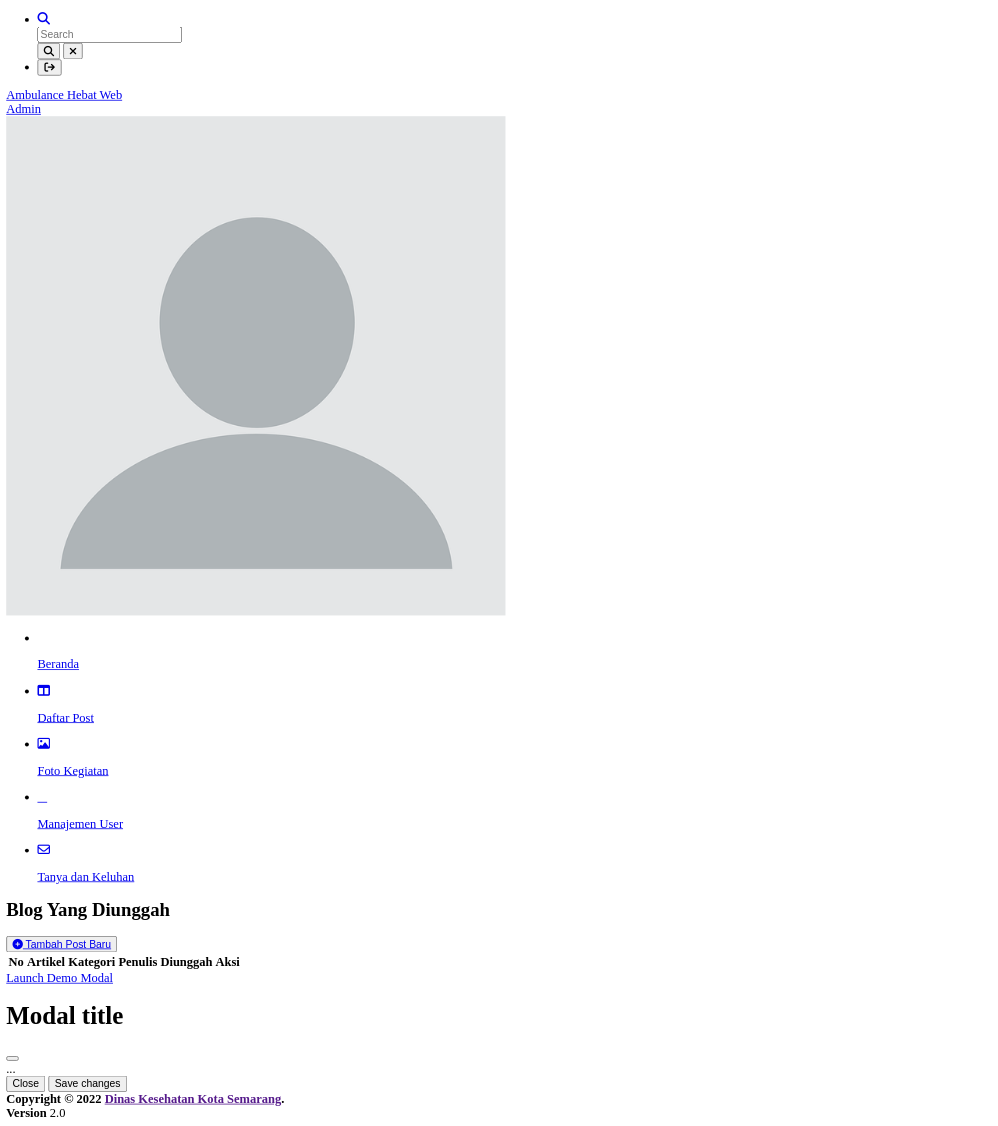
Repository: roningrum/admin-aha
Page: resources/views/dashboard/post/posts.blade.php
The author's editor kept a copy of each file at every save. The page is drawn from the files as they stood at one save, then again after the next save.
The browser window is 1280 px wide. The pictures show the whole page, at 78% of full size.
Some icons come from a web library that is not loaded, so they are not drawn. Some web fonts or font styles are not loaded; a fallback is used. Some web libraries are served in a nearby version. The page is served by the project's Laravel application, run on PHP 8.4 with Laravel 8. The template is opened directly, without the code that normally fills it, so the values that code supplies are empty.

Above is the page before, as saved 2022-11-23 15:41:20.
Console error: ReferenceError: $ is not defined

After the next save:
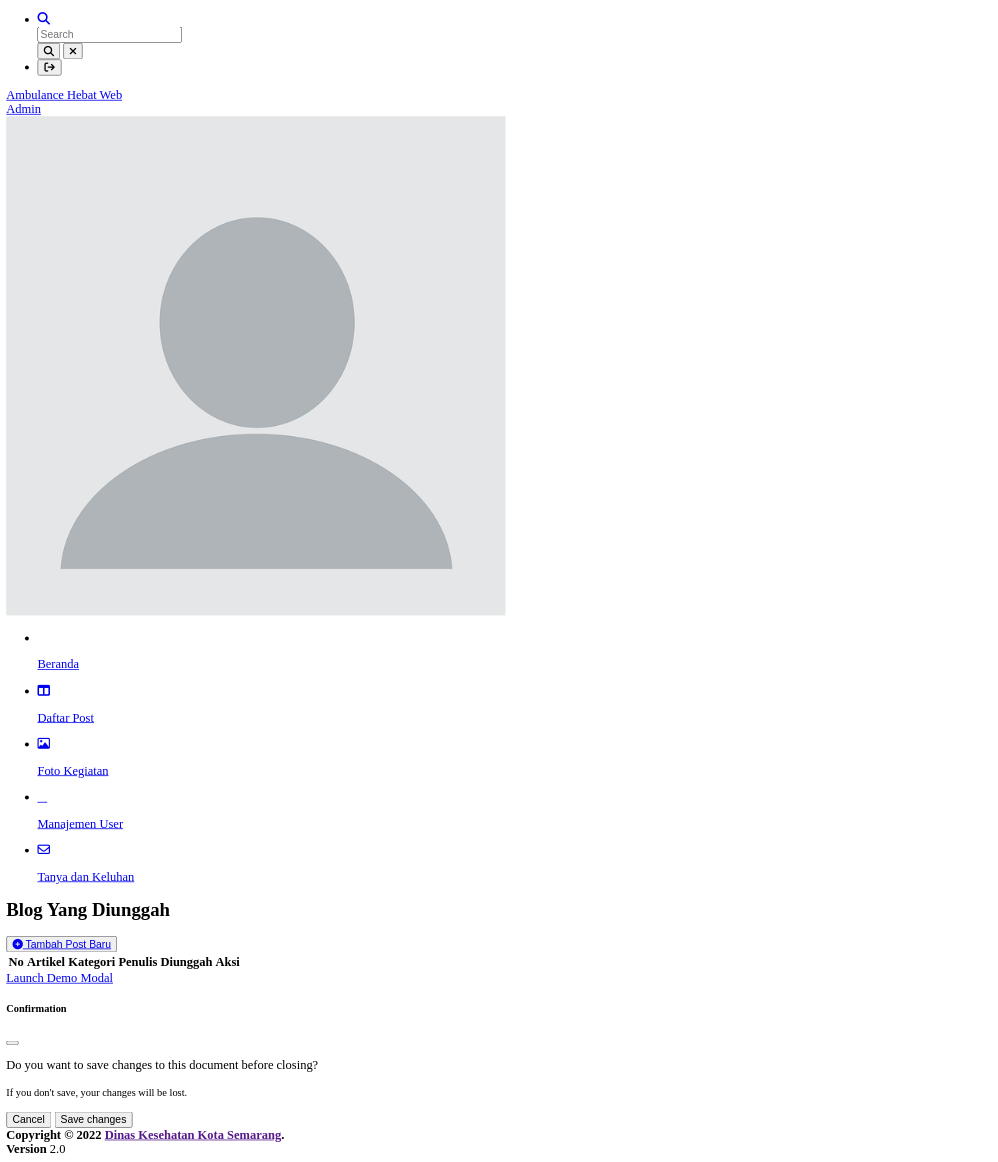
Saved 75 s later.
--- a/resources/views/dashboard/post/posts.blade.php
+++ b/resources/views/dashboard/post/posts.blade.php
@@ -67,30 +67,30 @@
 
             </div><!-- /.container-fluid -->
         </section>
+        <div class="m-4">
+            <!-- Button HTML (to Trigger Modal) -->
+            <a href="#myModal" role="button" class="btn btn-lg btn-primary" data-bs-toggle="modal">Launch Demo Modal</a>
 
-        <!-- Button trigger modal -->
-        <a href="#myModal" class="btn btn-lg btn-primary" data-bs-toggle="modal">Launch Demo Modal</a>
-
-  <!-- Modal -->
-  <div class="modal fade" id="exampleModal" tabindex="-1" aria-labelledby="exampleModalLabel" aria-hidden="true">
-    <div class="modal-dialog">
-      <div class="modal-content">
-        <div class="modal-header">
-          <h1 class="modal-title fs-5" id="exampleModalLabel">Modal title</h1>
-          <button type="button" class="btn-close" data-bs-dismiss="modal" aria-label="Close"></button>
+            <!-- Modal HTML -->
+            <div id="myModal" class="modal fade" tabindex="-1">
+                <div class="modal-dialog">
+                    <div class="modal-content">
+                        <div class="modal-header">
+                            <h5 class="modal-title">Confirmation</h5>
+                            <button type="button" class="btn-close" data-bs-dismiss="modal"></button>
+                        </div>
+                        <div class="modal-body">
+                            <p>Do you want to save changes to this document before closing?</p>
+                            <p class="text-secondary"><small>If you don't save, your changes will be lost.</small></p>
+                        </div>
+                        <div class="modal-footer">
+                            <button type="button" class="btn btn-secondary" data-bs-dismiss="modal">Cancel</button>
+                            <button type="button" class="btn btn-primary">Save changes</button>
+                        </div>
+                    </div>
+                </div>
+            </div>
         </div>
-        <div class="modal-body">
-          ...
-        </div>
-        <div class="modal-footer">
-          <button type="button" class="btn btn-secondary" data-bs-dismiss="modal">Close</button>
-          <button type="button" class="btn btn-primary">Save changes</button>
-        </div>
-      </div>
-    </div>
-  </div>
-
-    </div>
     {{-- <script>
         $(document).ready(function() {
             $("#success-alert").hide();
